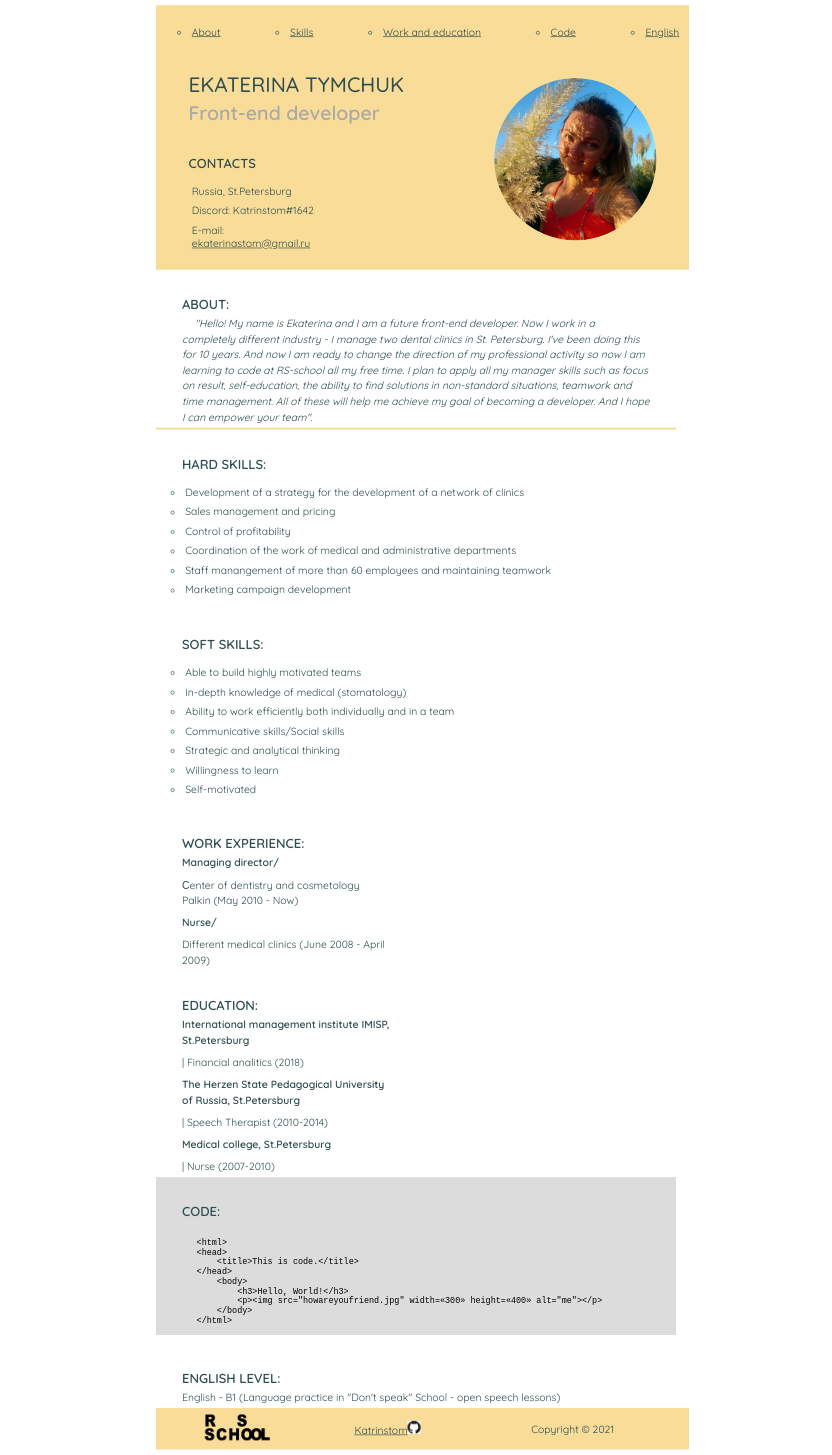
Repository: Katrinstom/rsschool-cv
Page: index.html
An editor plug-in stored every save of this project. The page is shown before and after the next save, followed by the edit.
The browser window is 1280 px wide. The pictures show the whole page, at 65% of full size.

Above is the page before, as saved 2022-01-02 19:12:16.

After the next save:
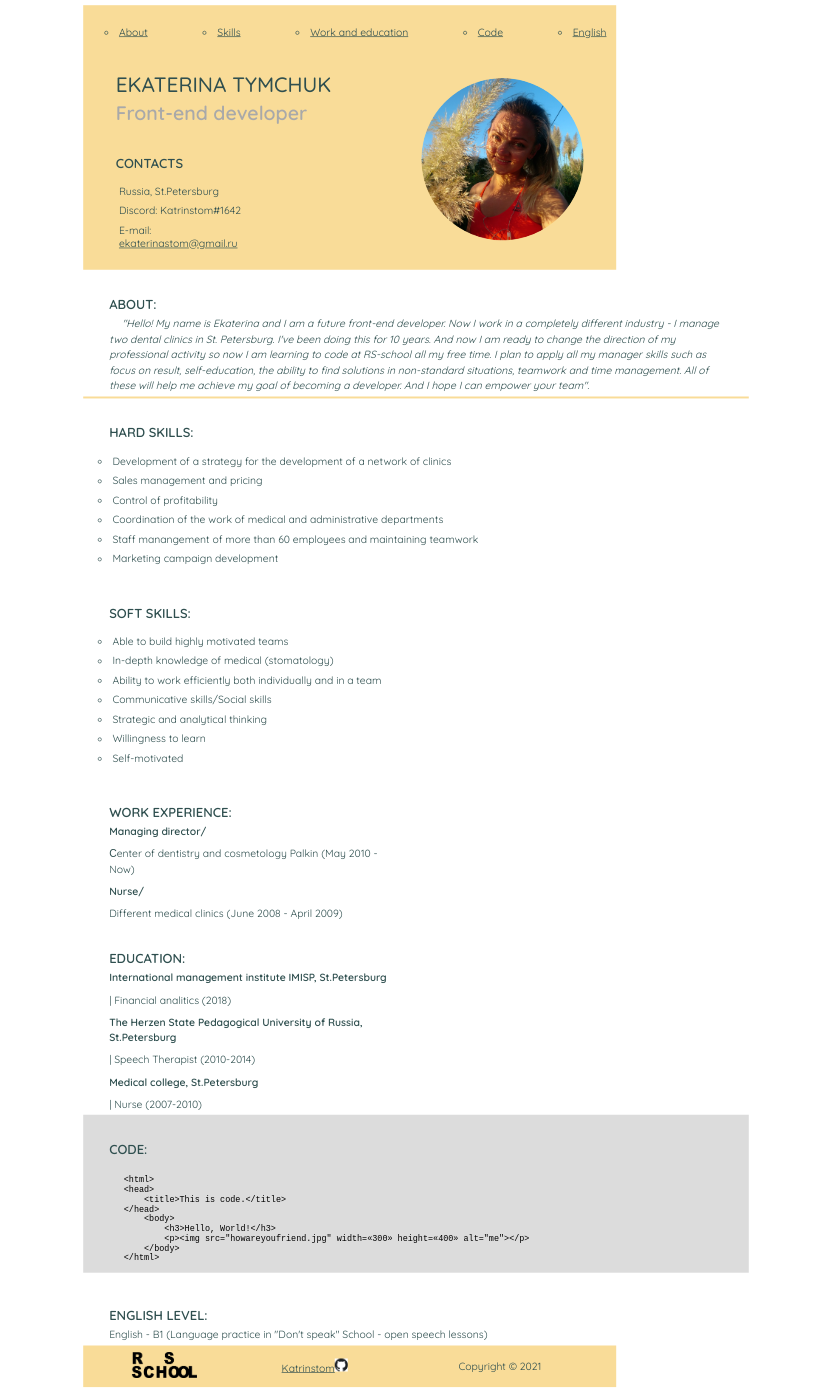
Saved 4 min 55 s later.
--- a/style.css
+++ b/style.css
@@ -2,7 +2,7 @@ html {
     scroll-behavior: smooth;
 }
 #wrapper {
-    width: 800px;
+    width: 1024px;
     margin: 0 auto;
     background-color:white;
 }
